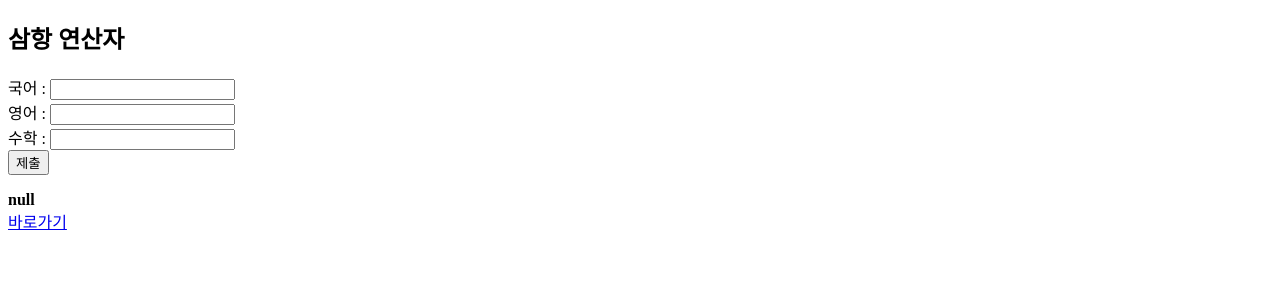
Repository: bluelessman/JSPServlet
Page: http://localhost/ServletStudy/JSPMission/TestPass.jsp
The author's editor kept a copy of each file at every save. The page is drawn from the files as they stood at one save, then again after the next save.
The browser window is 1280 px wide. The pictures show the whole page.
The page is served by Tomcat 10.

Above is the page before, as saved 2023-12-20 08:05:46.

After the next save:
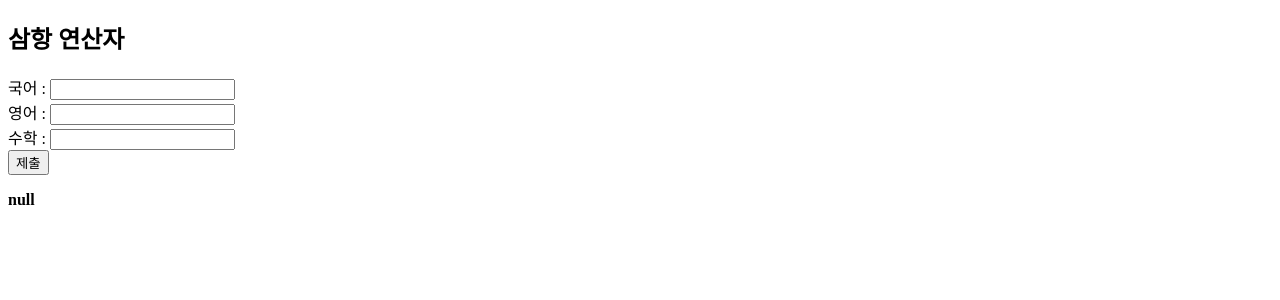
Saved 29 s later.
--- a/ServletStudy/src/main/webapp/JSPMission/TestPass.jsp
+++ b/ServletStudy/src/main/webapp/JSPMission/TestPass.jsp
@@ -17,7 +17,6 @@
 <p>
 <strong><%= request.getAttribute("message") %></strong>
 <br/>
-<a href="./HelloServlet.do">바로가기</a>
 </p>
 </body>
 </html>
